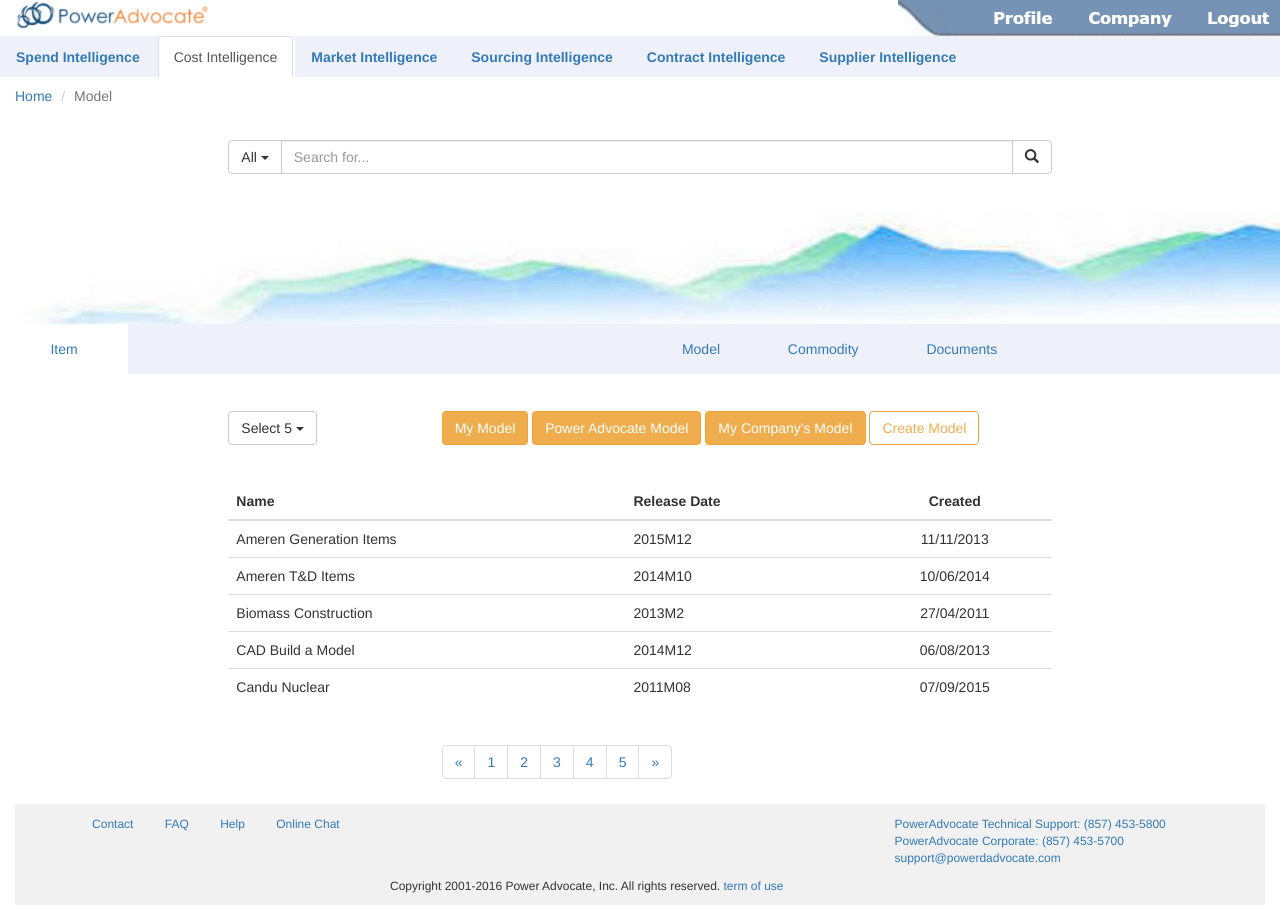
Repository: SamiraMansouri/PowerAdvocate-CostIntelligence-Application-new-Design-using-UserExperience-Method-
Page: http://localhost/PowerAdvocate/WEB-INF/views/Item.jsp
An editor plug-in stored every save of this project. The page is shown before and after the next save, followed by the edit.
The browser window is 1280 px wide. The pictures show the whole page.
The page is served by Tomcat 9. Nobody is signed in. The template is opened directly, without the code that normally fills it, so the values that code supplies are empty.

Above is the page before, as saved 2016-04-25 01:52:47.

After the next save:
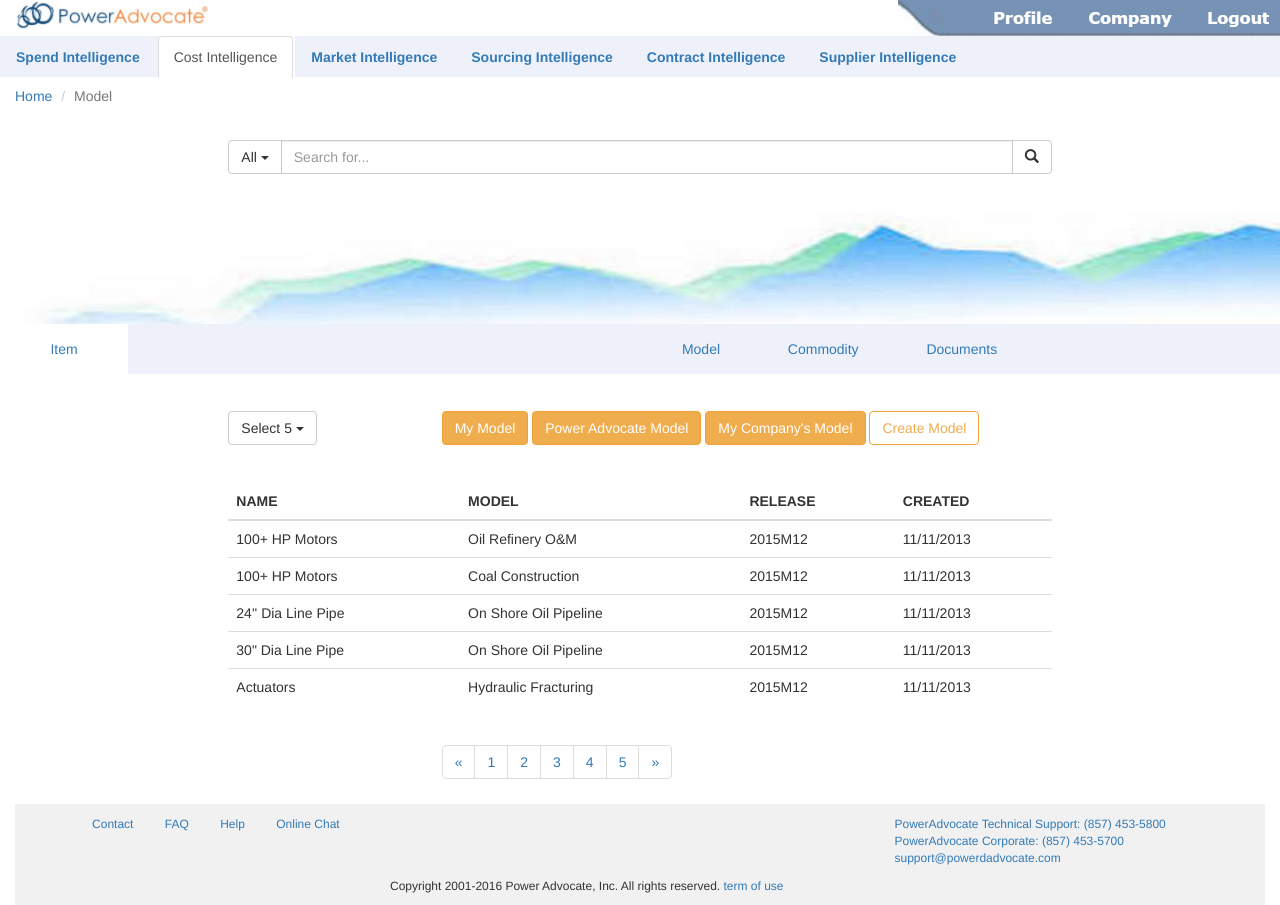
Saved 99 s later.
--- a/PowerAdvocate-Prototype/PowerAdvocate/src/main/webapp/WEB-INF/views/Item.jsp
+++ b/PowerAdvocate-Prototype/PowerAdvocate/src/main/webapp/WEB-INF/views/Item.jsp
@@ -250,46 +250,53 @@
 
 
 
-	<div class="row top-buffer x">
-		<div class="col-sm-2"></div>
-		<div class="col-sm-8">
-			<table class="table table-hover">
-				<thead>
-					<tr>
-						<th>Name</th>
-						<th >Release Date</th>
-						<th style="text-align:center;">Created</th>
-					</tr>
-				</thead>
-				<tbody>
-					<tr>
-						<td>Ameren Generation Items</td>
-						<td>2015M12</td>
-						<td style="text-align:center;">11/11/2013</td>
-					</tr>
-					<tr>
-						<td>Ameren T&D Items</td>
-						<td>2014M10</td>
-						<td style="text-align:center;">10/06/2014</td>
-					</tr>
-					<tr>
-						<td>Biomass Construction</td>
-						<td>2013M2</td>
-						<td style="text-align:center;">27/04/2011</td>
-					</tr>
-					<tr>
-						<td>CAD Build a Model</td>
-						<td>2014M12</td>
-						<td style="text-align:center;">06/08/2013</td>
-					</tr>
-					<tr>
-						<td>Candu Nuclear</td>
-						<td>2011M08</td>
-						<td style="text-align:center;">07/09/2015</td>
-					</tr>
-				</tbody>
-			</table>
-		</div>
+	  <div class="row top-buffer ">
+    	<div class="col-sm-2"></div>
+    	<div class="col-sm-8">
+    		<table class="table table-hover">
+    					<thead>
+      						<tr>
+        						<th>NAME</th>
+                    <th>MODEL</th>
+        						<th>RELEASE </th>
+        						<th>CREATED</th>
+      						</tr>
+    					</thead>
+    					<tbody>
+      							<tr>
+        							<td>100+ HP Motors</td>
+                      <td>Oil Refinery O&M</td>
+        							<td>2015M12</td>
+        							<td>11/11/2013</td>
+      							</tr>
+      							<tr>
+        							<td>100+ HP Motors</td>
+                      <td>Coal Construction</td>
+        							<td>2015M12</td>
+        							<td>11/11/2013</td>
+      							</tr>
+      							<tr>
+        							<td>24'' Dia Line Pipe</td>
+                      <td>On Shore Oil Pipeline</td>
+        							<td>2015M12</td>
+        							<td>11/11/2013</td>
+      							</tr>
+      							<tr>
+        							<td>30" Dia Line Pipe</td>
+                      <td>On Shore Oil Pipeline</td>
+        							<td>2015M12</td>
+        							<td>11/11/2013</td>
+      							</tr>
+      							<tr>
+        							<td>Actuators</td>
+                      <td>Hydraulic Fracturing</td>
+        							<td>2015M12</td>
+        							<td>11/11/2013</td>
+      							</tr>
+    					</tbody>
+    			</table>
+    	</div>
+
 		<div class="col-md-2"></div>
 	</div>
 
